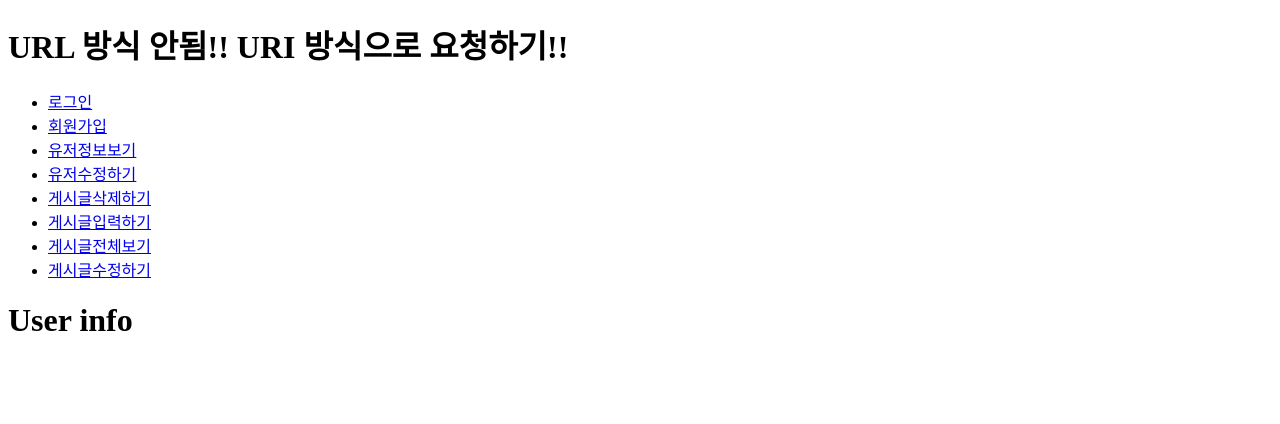
Repository: kimhaengun/Jsp
Page: http://localhost/hello/user/selectOne.jsp
The author's editor kept a copy of each file at every save. The page is drawn from the files as they stood at one save, then again after the next save.
The browser window is 1280 px wide. The pictures show the whole page.
The page is served by Tomcat 9. Other server files are loaded and not shown.

Above is the page before, as saved 2020-12-22 08:35:12.

### hello/WebContent/user/selectOne.jsp
<%@ page language="java" contentType="text/html; charset=UTF-8"
    pageEncoding="UTF-8"%>
<%@ include file="../layout/header.jsp" %>
<h1>User info</h1>
</body>
</html>

### hello/WebContent/layout/header.jsp
<%@ page language="java" contentType="text/html; charset=UTF-8"
    pageEncoding="UTF-8"%>

<%
   String contextPath = request.getContextPath();
   //out.println(contextPath);
   //<%=contextPath

%>

    <!DOCTYPE html>
<html>
<head>
<meta charset="UTF-8">
<title>Insert title here</title>
</head>
<body>
<h1>URL 방식 안됨!! URI 방식으로 요청하기!!</h1>
<ul>
   <!-- 절대경로 상대경로 -->
   <li><a href="<%=contextPath %>/user?gubun=login">로그인</a></li>
   <li><a href="<%=contextPath %>/user?gubun=join">회원가입</a></li>
   <li><a href="<%=contextPath %>/user?gubun=selectOne">유저정보보기</a></li>
   <li><a href="<%=contextPath %>/user?gubun=updateOne">유저수정하기</a></li>
   <li><a href="<%=contextPath %>/board?gubun=deleteOne">게시글삭제하기</a></li>
   <li><a href="<%=contextPath %>/board?gubun=insertOne">게시글입력하기</a></li>
   <li><a href="<%=contextPath %>/board?gubun=selectAll">게시글전체보기</a></li>
   <li><a href="<%=contextPath %>/board?gubun=updateOne">게시글수정하기</a></li>
</ul>

After the next save:
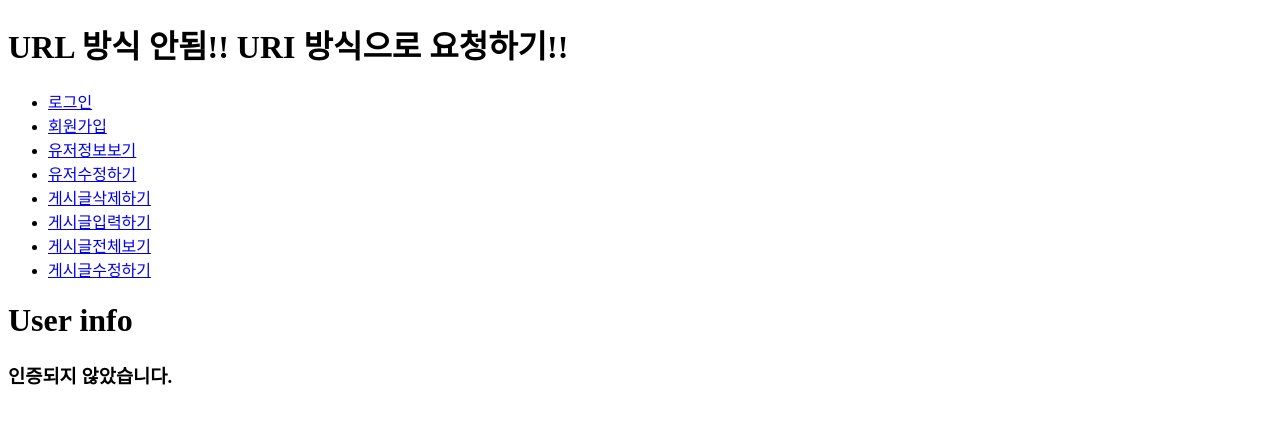
Saved 17 h 6 min later.
--- a/hello/WebContent/user/selectOne.jsp
+++ b/hello/WebContent/user/selectOne.jsp
@@ -1,6 +1,20 @@
+<%@page import="com.cos.hello.model.Users"%>
 <%@ page language="java" contentType="text/html; charset=UTF-8"
     pageEncoding="UTF-8"%>
 <%@ include file="../layout/header.jsp" %>
 <h1>User info</h1>
+<%
+	Users user = (Users)session.getAttribute("sessionUser");
+	if(user == null){
+%>
+	<h3>인증되지 않았습니다.</h3>
+<%
+	}else{
+%>
+	<h3>인증되었습니다.</h3>
+<%
+	}
+%>
+
 </body>
 </html>
